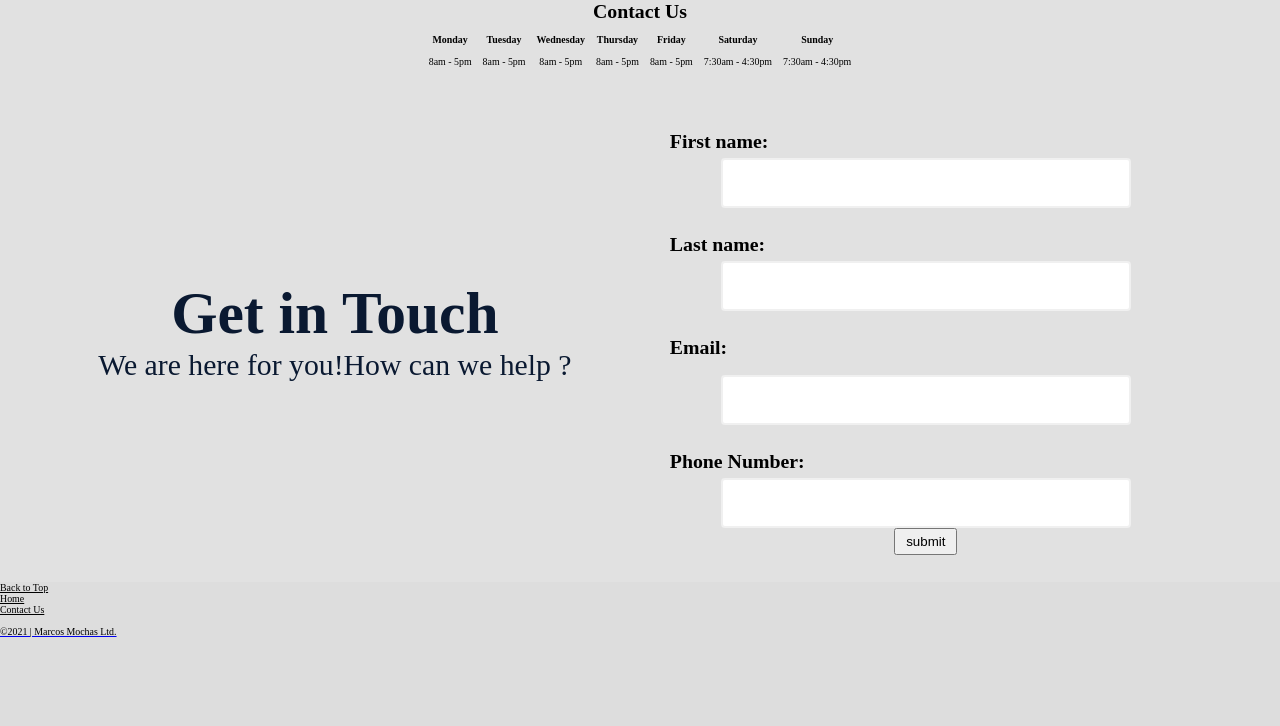
Repository: CAMPSLOPY/marcos-mochas
Page: HTML/contact.html
These files come from the project's save history. The page is drawn as it stood at one moment and after the next save; the edit follows.
The browser window is 1280 px wide. The pictures show the whole page.

Above is the page before, as saved 2021-07-02 19:13:08.

### HTML/contact.html
<!DOCTYPE html>
<html lang="en">
<head>
    <meta charset="UTF-8">
    <meta http-equiv="X-UA-Compatible" content="IE=edge">
    <meta name="viewport" content="width=device-width, initial-scale=1.0">
    <meta name="robots" content="index,follow" />
    <meta
      name="description"
      content=""
    />
    <link rel="stylesheet" href="/CSS/contact.css">
    <title>Contact Us</title>
</head>
<body>
    <header >
        <!--page hours title-->
        <h1  class="header-tex">Contact Us</h1>



    <div class="header-table-content">


        <!--Page hours and contact form-->
        <table cellspacing="11">
        <tr>
            <th>Monday</th>
            <th>Tuesday</th>
            <th>Wednesday</th>
            <th>Thursday</th>
            <th>Friday</th>
            <th>Saturday</th>
            <th>Sunday</th>
        </tr>
        <tr>
            <td>8am - 5pm</td>
            <td>8am - 5pm</td>
            <td>8am - 5pm</td>
            <td>8am - 5pm</td>
            <td>8am - 5pm</td>
            <td>7:30am - 4:30pm</td>
            <td>7:30am - 4:30pm</td>
        </tr>
        </table>
    </div>
</header>


<main>
<div class="form-content">
    <div class="form-content-text">
    <h1>Get in Touch</h1>
    <p>We are here for you!How can we help ?</p>
    </div>

    <!--Hours table start here-->

        <!--Form starts here-->
        <!-- i wrapped the form inside a div content so that we can give it freedo
        when styling -->

            <form class="contact-form" action="">


                <div class="form-control">
                    <!--first name input/required-->
                    <label for="fname">First name:</label>
                    <input type="text" id="fname" name="fname" value="" required>
                </div>
               <div class="form-control">
                 <!--last name input/required-->
                 <label for="lname">Last name:</label>
                 <input type="text" id="lname" name="lname" value="" required>
               </div>

               <div class="form-control">
                  <!--email address input/required-->
                  <label for="email">Email:</label><br>
                  <input type="text" id="email" name="Email" value="" required>
               </div>

               <div class="form-control">
                   <!--Phone number input/not required-->
                <label for="Phone">Phone Number:</label>
                <input type="text" id="phone" name="Phone" value="">
               </div>

                <!--Submit button-->
                <button class="btn" type="submit">submit</button>
                      </form>
        </div>

    </main>

    <!--page navi links & copyright-->
    <footer>
        <div class="contact-footer">
        <ul>
            <!-- IDEA: img / just text for our "logo" -->
            <li><a href="#top">Back to Top</a></li>
            <li><a href="/HTML/Index.html">Home</a></li>
            <li><a href="/HTML/contact.html">Contact Us</la></li>
        </ul>
        </div>
        <br>
        <!--Copyright class -->
        <div class="copyright">
            <p>&copy;2021 | Marcos Mochas Ltd.</p>
        </div>
    </footer>
</body>
</html>

### CSS/contact.css

/* universal styling of the contact page */
* {
    margin: 0;
    padding: 0;
    box-sizing: border-box;
}

body{
    min-height: 100vh;
    background: #dddd;
}

html{
    font-size: 62%;
}

footer{
    min-height: 20vh;
    background: #dddd;
}

footer ul li a{
    color: black;
}

header{
    text-align: center;
    min-height: 10vh;

}
.header-table-content{
    display: flex;
    flex-direction: column;
    align-items: center;
    justify-content: center;
}

/* styling the Form */

.form-content{
   text-align: center;
   display: flex;
   min-height: 70vh;
justify-content: space-evenly;
align-items: center;


}

.form-content-text{
    font-size: 3rem;
    color: #0A1931;
}
.contact-form{
    width: 40%;
    position: relative;
}
.form-control{
    margin-top: 2rem;
    position: relative;
}

.form-control label{
  font-size: 2rem;
  display: block;
  text-align: left;
  font-weight: bold;
  padding: 5px 0px;
}
.form-control input{
    border: 2px solid #f0f0f0;
    border-radius: 4px;
    display: block;
    width: 80%;
    margin: auto;
    font-size: 14px;
    padding: 15px;
    outline: none;
}

.btn{
    padding: 4px 10px;
    cursor: pointer;
}

/* styling for hours table */

table {

}


/*Footer css code*/

/*The links at the bottom of the footer shouldnt be stacked up and placed at the bottom of the page*/

.contact-footer {

    color: black;
}

.copyright {
    color: black;
}

After the next save:
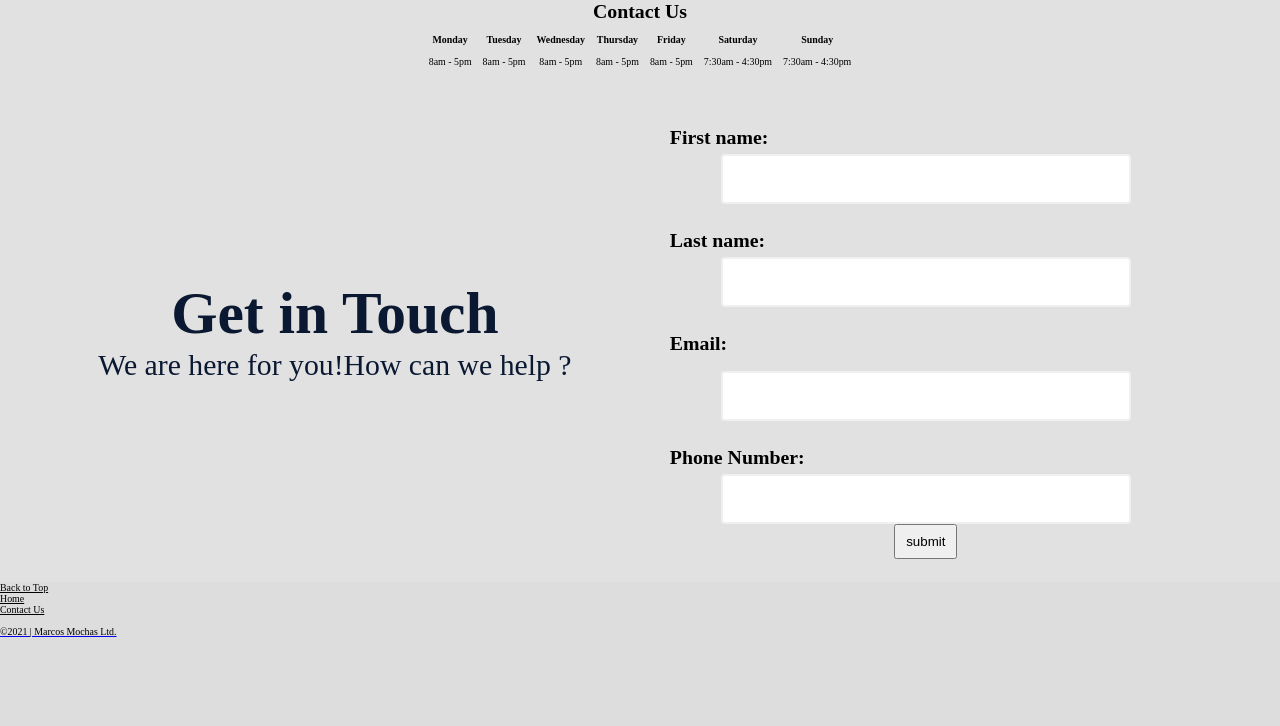
Saved 7 s later.
--- a/CSS/contact.css
+++ b/CSS/contact.css
@@ -80,7 +80,7 @@ align-items: center;
 }
 
 .btn{
-    padding: 4px 10px;
+    padding: 8px 10px;
     cursor: pointer;
 }
 
